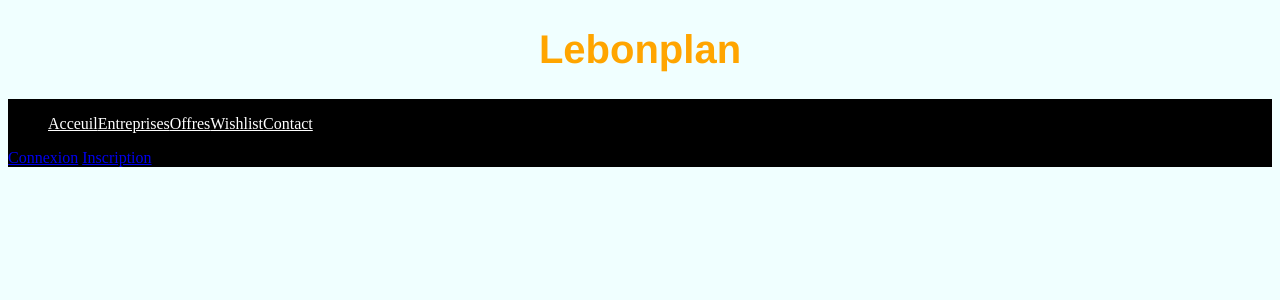
Repository: Guyllem/GroupeWeb
Page: index.html
The author's editor kept a copy of each file at every save. The page is drawn from the files as they stood at one save, then again after a run of saves.
The browser window is 1280 px wide. The pictures show the whole page.

Above is the page before, as saved 2025-01-31 19:02:23.

### index.html
<!DOCTYPE html>
<html lang="en">
<head>
    <meta charset="UTF-8">
    <meta name="viewport" content="width=device-width, initial-scale=1.0">
    <title>Lebonplan</title>
    <link rel="stylesheet" href="styles.css">
</head>
<body>
    <header>
        <h1 class="title">Lebonplan</h1>
    </header>
    <nav>
        <ul>
            <li><a href="#">Acceuil</a></li>
            <li><a href="#">Entreprises</a></li>
            <li><a href="#">Offres</a></li>
            <li><a href="#">Wishlist</a></li>
            <li><a href="#">Contact</a></li>
        </ul>
        <div class="auth">
            <a class="conn" href="#">Connexion</a>
            <a class="#ins" href="#">Inscription</a>
        </div>
    </nav>
</body>
</html>

### styles.css
body{
    background-color: azure;
}

.title{
    color: orange;
    font-family:'Franklin Gothic Medium', 'Arial Narrow', Arial, sans-serif;
    font-weight: bold;
    text-align: center;
    font-size:250%;
}

nav{
    background-color: black;
}

nav ul{
    display: inline-flex;
    list-style: none;
    color: white;
}

nav ul li a {
    color: white;
    list-style: none;
    text-align: left;
}

.conn{
    text-align: left ;
}

.insc{
    text-align: left ;
}

After the next 5 saves:
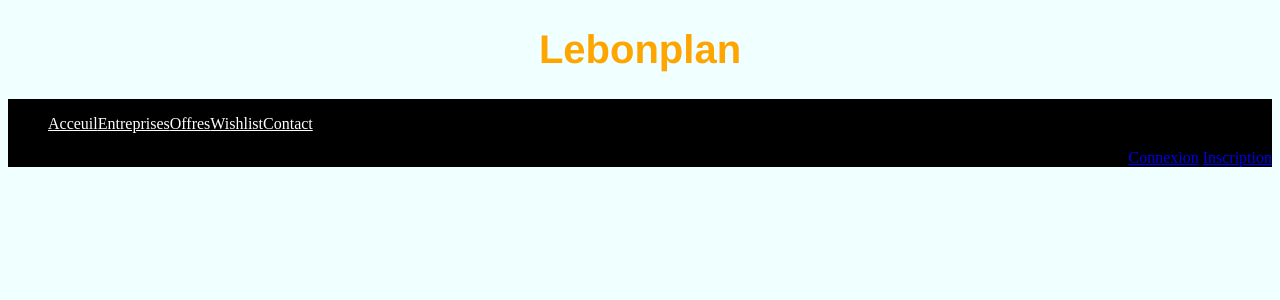
The 5 saves are shown as one change because they came seconds apart.
The last was saved 15 s later.
--- a/styles.css
+++ b/styles.css
@@ -26,10 +26,6 @@
     text-align: left;
 }
 
-.conn{
-    text-align: left ;
+.auth{
+    text-align: right;
 }
-
-.insc{
-    text-align: left ;
-}
